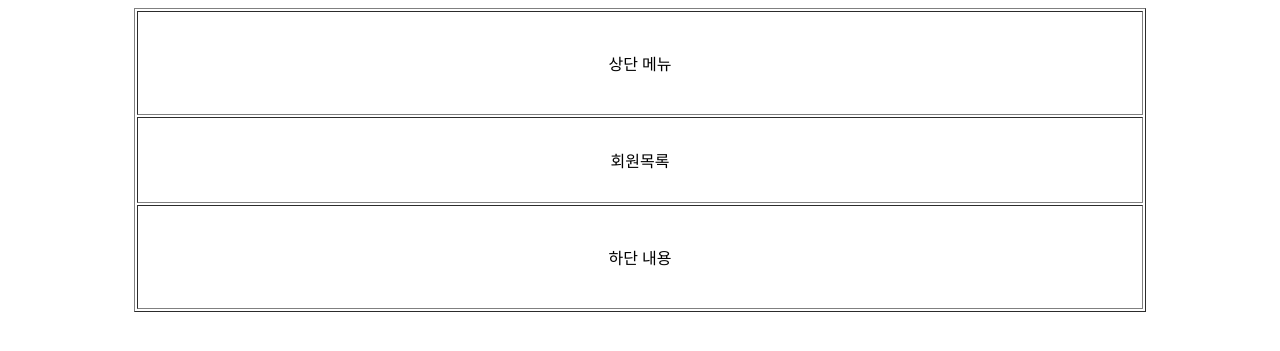
Repository: Mildous/HKIT-BackendClass
Page: http://localhost/jspPortfolioModel1/main/main.jsp?menuGubun=member_list
An editor plug-in stored every save of this project. The page is shown before and after the next save, followed by the edit.
The browser window is 1280 px wide. The pictures show the whole page.
The page is served by Tomcat 9.

Above is the page before, as saved 2022-08-18 00:46:52.

After the next save:
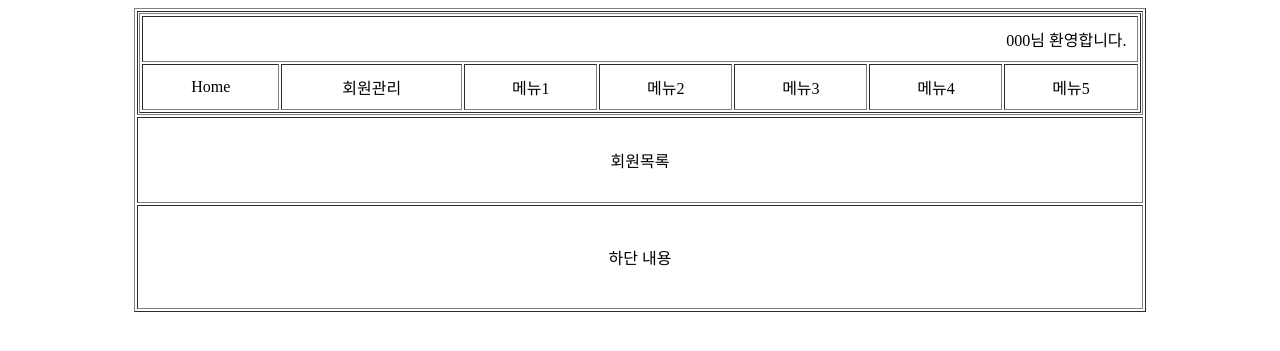
Saved 52 s later.
--- a/workspace/jsp/jspPortfolioModel1/WebContent/main/main.jsp
+++ b/workspace/jsp/jspPortfolioModel1/WebContent/main/main.jsp
@@ -24,7 +24,7 @@
 <table border="1" width="80%" align="center">
 	<tr>
 		<td height="100px;" align="center">
-		상단 메뉴
+			<jsp:include page="../_include/inc_menu.jsp" flush="true" />
 		</td>
 	</tr>
 	<tr>
